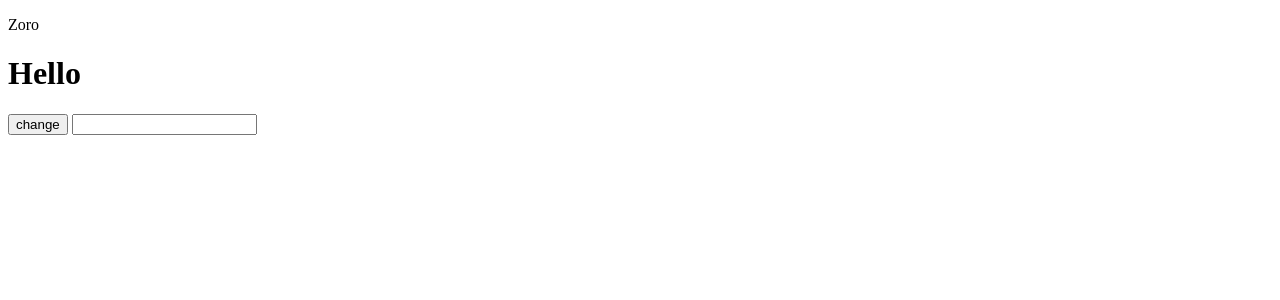
Repository: Haakim19/JavaScript
Page: index.html
The author's editor kept a copy of each file at every save. The page is drawn from the files as they stood at one save, then again after the next save.
The browser window is 1280 px wide. The pictures show the whole page.

Above is the page before, as saved 2024-10-13 10:40:39.

### index.html
<!DOCTYPE html>
<html lang="en">
<head>
    <meta charset="UTF-8">
    <meta name="viewport" content="width=device-width, initial-scale=1.0">
    <title>DomManipulation</title>
</head>
<body>
    <p id="one">hello</p>
    <h1 id = "title">Dom Manipulation</h1>
    <button onclick="change()">change</button>
    <input type="number">
    <script>
        //Select the P tag with the id.
        // print content inside the p tag using innerHTML
        paragraph = document.getElementById('one')
        paragraph.textContent = 'Zoro'
        console.log(paragraph.textContent);
        //Select the h1 tag with the id.
        // print content inside the h1 tag
        heading = document.getElementById('title')
        heading.textContent = 'Hello'
        console.log(heading.textContent);

        //ivent handling
        function change(){
            paragraph.textContent = 'bye'
            heading.textContent = 'Done'
        }

    </script>
</body>
</html>

After the next save:
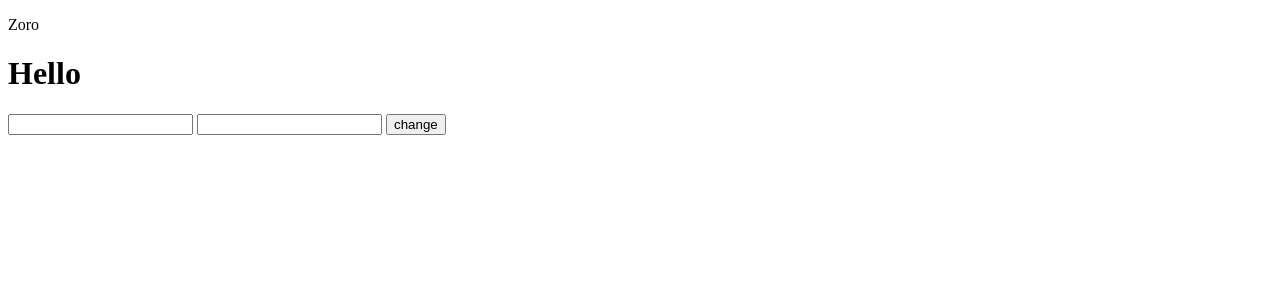
Saved 99 s later.
--- a/index.html
+++ b/index.html
@@ -8,8 +8,9 @@
 <body>
     <p id="one">hello</p>
     <h1 id = "title">Dom Manipulation</h1>
+    <input type="number"id = "num1">
+    <input type="number" id = "num2">
     <button onclick="change()">change</button>
-    <input type="number">
     <script>
         //Select the P tag with the id.
         // print content inside the p tag using innerHTML
@@ -23,9 +24,10 @@
         console.log(heading.textContent);
 
         //ivent handling
-        function change(){
-            paragraph.textContent = 'bye'
-            heading.textContent = 'Done'
+        function change(num1,num2){
+            num1 = document.getElementById('num1')
+            num2 = document.getElementById('num2')
+            num1 + num2
         }
 
     </script>
